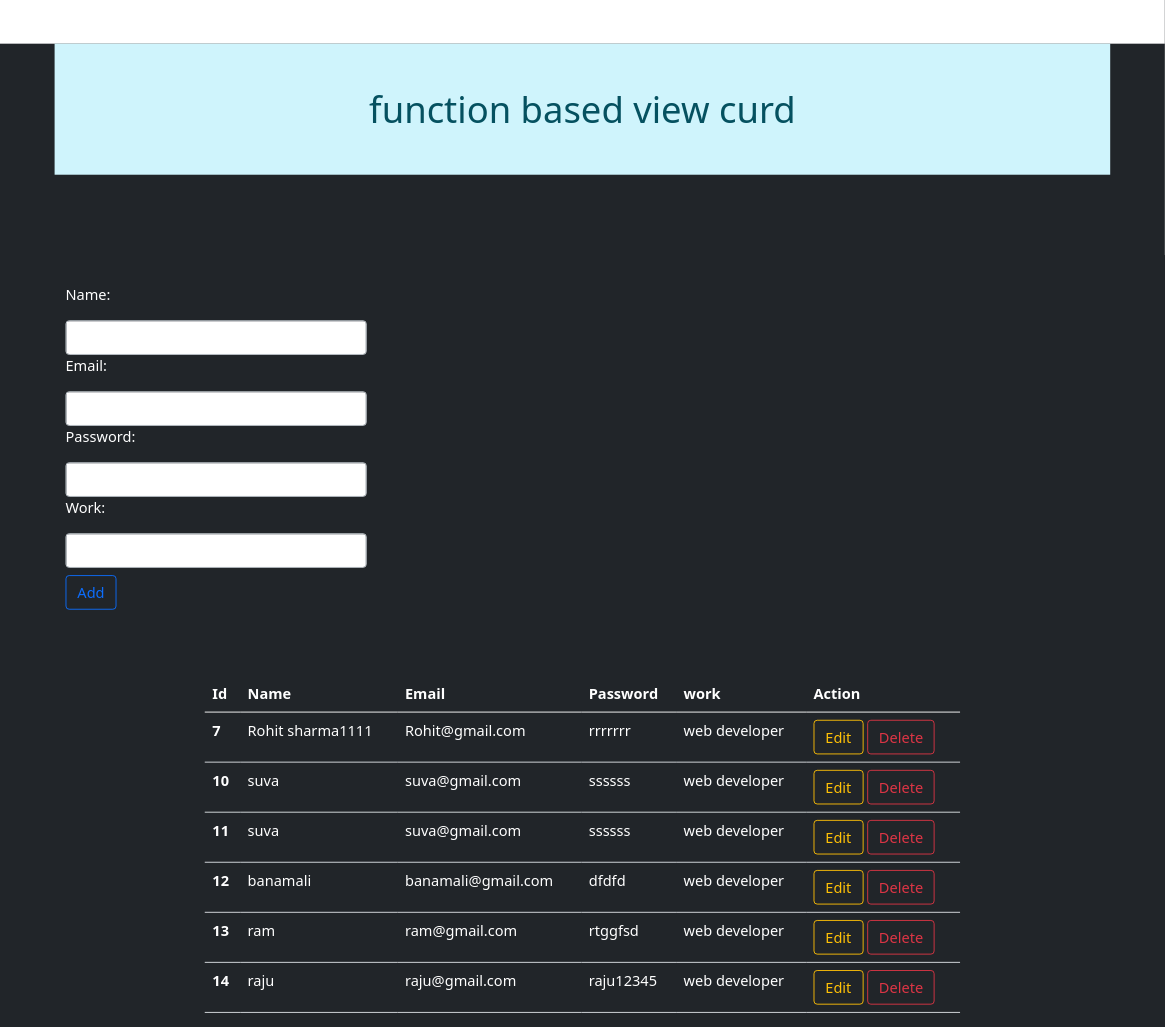
Repository: subhaDTECH/curd-function-based
Page: http://localhost/addshow/
These files come from the project's save history. The page is drawn as it stood at one moment and after the next save; the edit follows.
The browser window is 1280 px wide. The pictures show the whole page, at 91% of full size.
The page is served by the project's application, run on Django 3.2 (manage.py). The page reads the database file committed with the project.

Above is the page before, as saved 2022-01-17 17:33:43.

After the next save:
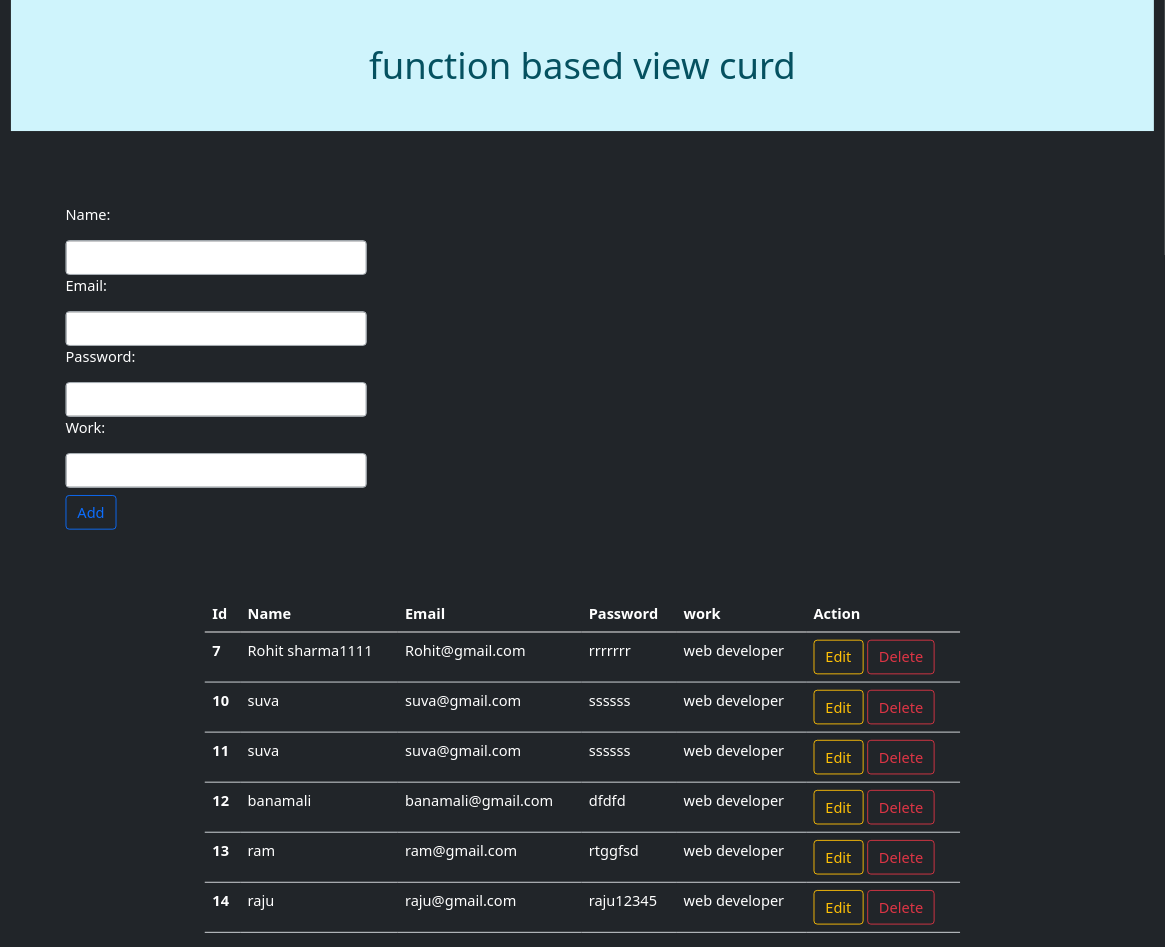
Saved 9 s later.
--- a/student/templates/student/addshow.html
+++ b/student/templates/student/addshow.html
@@ -9,7 +9,7 @@
 </head>
 <body>
    <div class="container-fluid bg-dark text-white">
-      <h1 class=" text-center atert alert-info m-5 p-5">function based view curd </h1>
+      <h1 class=" text-center atert alert-info p-5">function based view curd </h1>
       <div class="row">
             <div class="col-md-4 m-4 ml-4 p-5">
                        <form method="POST" novalidate >
